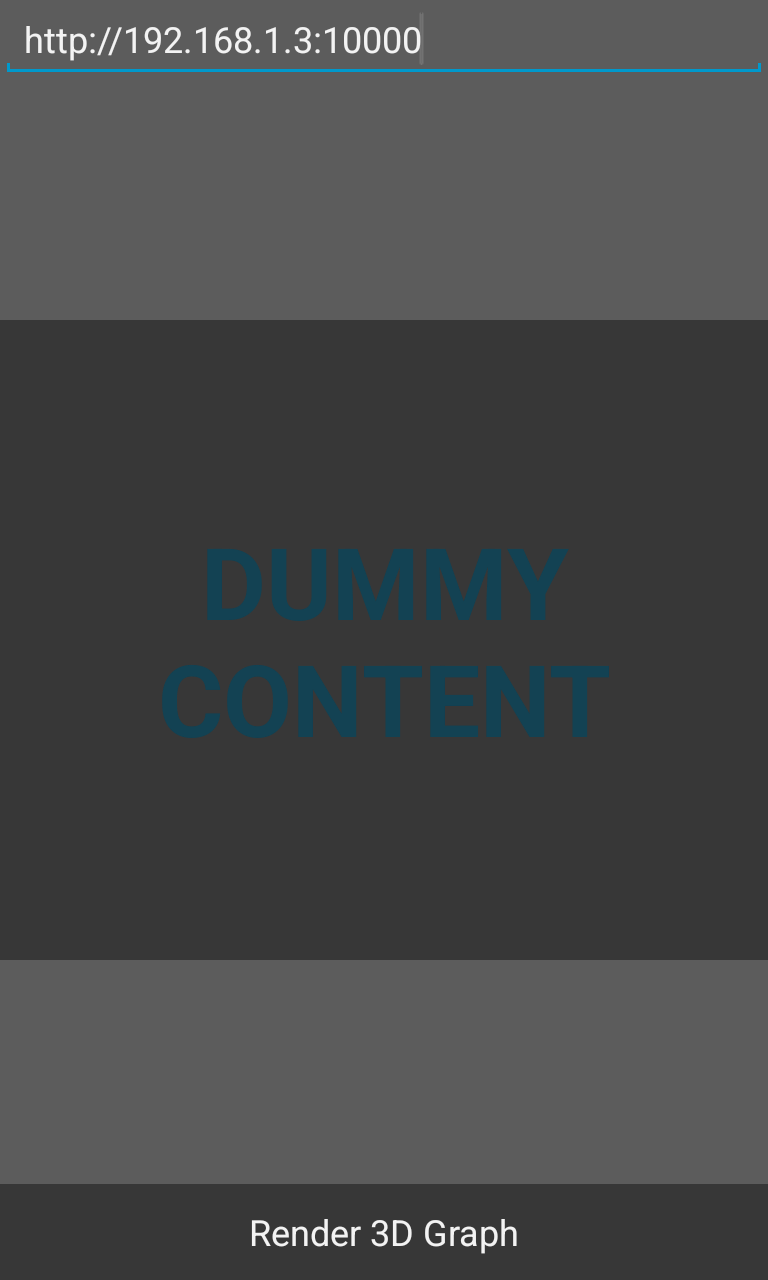
Repository: favreau/Sol-R-Android
Layout: RaytracerClient/res/layout/activity_fullscreen.xml
An editor plug-in stored every save of this project. The layout is shown before and after the next save, followed by the edit.
It is drawn on a 768 x 1280 px phone screen (xhdpi) without system bars, with theme FullscreenTheme; the app's code is not run.

Above is the layout before, as saved 2013-05-04 19:10:25.

After the next save:
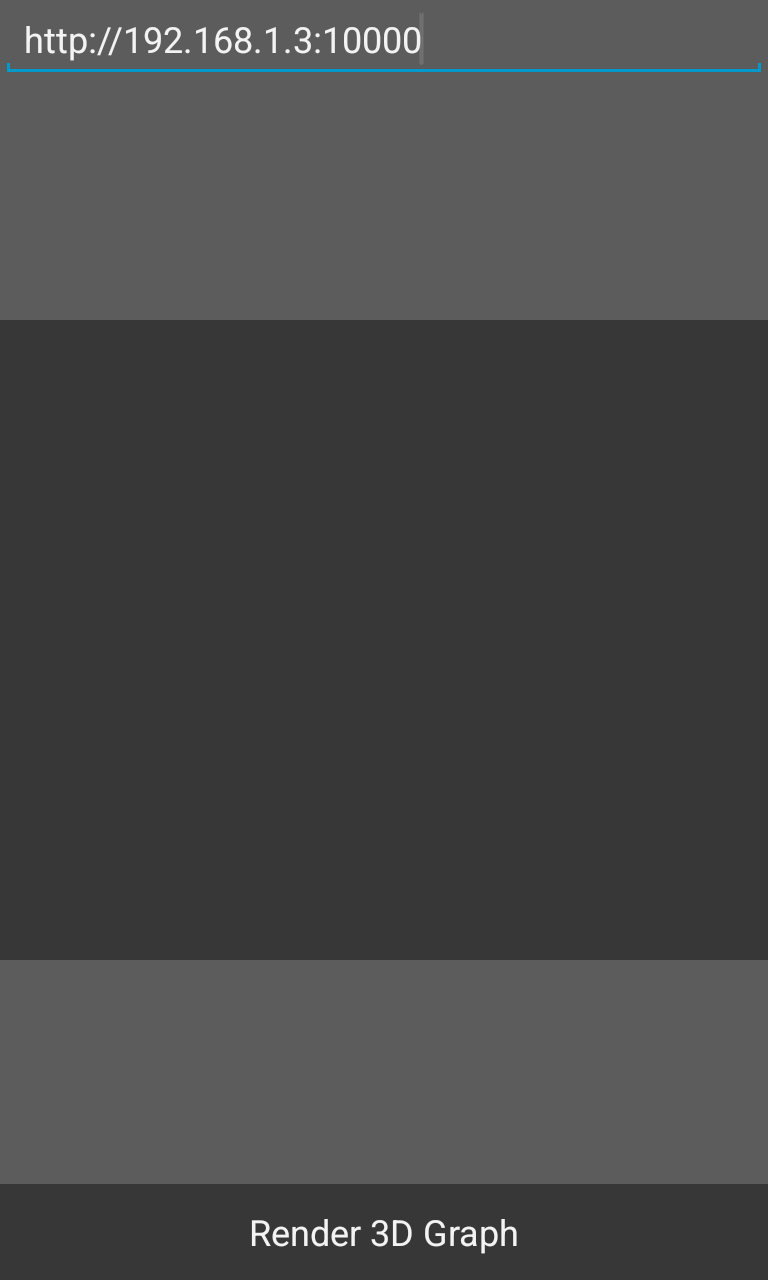
Saved 2 min 14 s later.
--- a/RaytracerClient/res/values/strings.xml
+++ b/RaytracerClient/res/values/strings.xml
@@ -3,6 +3,6 @@
 
     <string name="app_name">Web Visualizer</string>
     <string name="dummy_button">Render 3D Graph</string>
-    <string name="dummy_content">DUMMY\nCONTENT</string>
+    <string name="dummy_content"></string>
 
 </resources>
